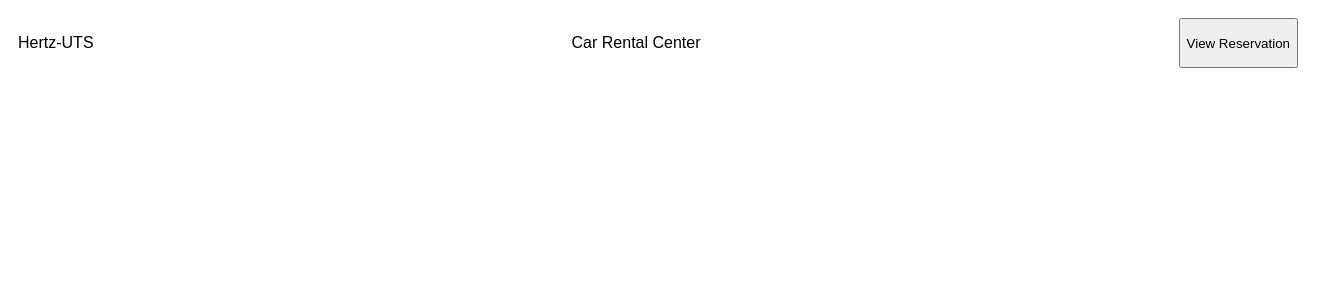
Repository: michtnt/POI-Hertz
Page: index.html
The author's editor kept a record of every edit. The page is drawn from the files as they stood at one moment, then again after the next edit.
The browser window is 1280 px wide. The page is 1308 px wide, then 1328 px, so the pictures cover 1328 px, including what lies to the right of the window. The pictures show the whole page.

Above is the page before.

### index.html
<!DOCTYPE html>
<html>
    <head></head>
    <link rel="stylesheet" href="index.css">
    <script src="https://code.jquery.com/jquery-3.6.0.min.js" type="text/javascript"></script>
    <script type="text/javascript">
        let cars_arr = []
        let shopping_cart = []
        // use AJAX?
        // TOCHANGE
        $(document).ready(function(){
            $.getJSON("cars.json", function(result){
                cars_arr = result;
                console.log("cars array", cars_arr)
              $.each(result, function(i, field){
                  console.log(`field ${i}`, field)
                  let carComponent =
                  `
                   <div class="card card-1">
                    <div class="car-img-container"><img style="width:300px;height:300px;" src=${field.img} alt="${field.brand} ${field.model}"></div>
                    <h1>${field.brand}-${field.model}-${field.model_year}</h1>
                    <p><b>mileage: </b>${field.mileage}</p>
                    <p><b>fuel type: </b>${field.fuel_type}</p>
                    <p><b>seats: </b>${field.seats}</p>
                    <p><b>price/day: </b>${field.price_per_day}</p>
                    <p><b>availability: </b>${field.availability}</p>
                    <br />
                    <p><b>description: </b>${field.description}</p>
                    <br /><br />
                    <button onClick="addCart(${field.id})">Add to cart</button>
                   </div>
                  `
                  $(".main").append(carComponent);
              });
            });
        });

        function addCart(id){
            // use AJAX to check?
            // TOCHANGE
            if(id){
                let car = cars_arr.find(car => car.id == id)
                shopping_cart.push(car)
                console.log("shopping_cart", shopping_cart)
                alert(`${car.brand} ${car.model} Added to cart successfully`)
                return true
            }
            alert("Sorry (Brand) (Model) is not available now. Please rent other cars")
            return false
        }

    </script>
    <body>
        <!--Header-->
        <div class="header">
            <p>Hertz-UTS</p>
            <p>Car Rental Center</p>
            <button>View Reservation</button>
        </div>
        <!--Car list-->
        <div class="main"></div>
    </body>
</html>

### index.css
/*global*/
p, h1 {
    font-family: "arial"
}

/*class*/
/*margin: top right bottom left*/
.header{
    display: inline-flex;
    justify-content: space-between;
    margin: 10px 10px 10px 10px;
    flex-grow: 1;
    width: 100vw;
    height: 50px;
    color: "black";
}

.main{
    display: flex;
    /*justify-content: space-around;*/
    flex-wrap: wrap;
    margin: 10px 10px 10px 10px;
    width: 100vw;
    color: "black";
}

/*https://codepen.io/sdthornton/pen/wBZdXq*/
.card{
  background: #fff;
  border-radius: 2px;
  display: inline-block;
  /*height: 300px;*/
  /*margin: 1rem;*/
  margin: 10px 10px 10px 10px;
  padding: 10px 10px 10px 10px;
  /*position: relative;*/
  width: 300px;
}

.card-1 {
  box-shadow: 0 1px 3px rgba(0,0,0,0.12), 0 1px 2px rgba(0,0,0,0.24);
  transition: all 0.3s cubic-bezier(.25,.8,.25,1);
}

.card-1:hover {
  box-shadow: 0 14px 28px rgba(0,0,0,0.25), 0 10px 10px rgba(0,0,0,0.22);
}

### cars.json
[{
		"id": "1",
		"category": "sedan",
		"availability": "Y",
		"brand": "Toyota",
		"model": "Camry",
		"model_year": "2013",
		"mileage": "10000",
		"fuel_type": "petrol",
		"seats": "5",
		"price_per_day": "120",
		"description": "first car"
	},
	{
		"id": "2",
		"category": "sedan",
		"availability": "Y",
		"brand": "Toyota",
		"model": "Camry",
		"model_year": "2013",
		"mileage": "10000",
		"fuel_type": "petrol",
		"seats": "5",
		"price_per_day": "120",
		"description": "second car"
	},
	{
		"id": "2",
		"category": "sedan",
		"availability": "Y",
		"brand": "Toyota",
		"model": "Camry",
		"model_year": "2013",
		"mileage": "10000",
		"fuel_type": "petrol",
		"seats": "5",
		"price_per_day": "120",
		"description": "second car"
	}
]
]

After the next edit:
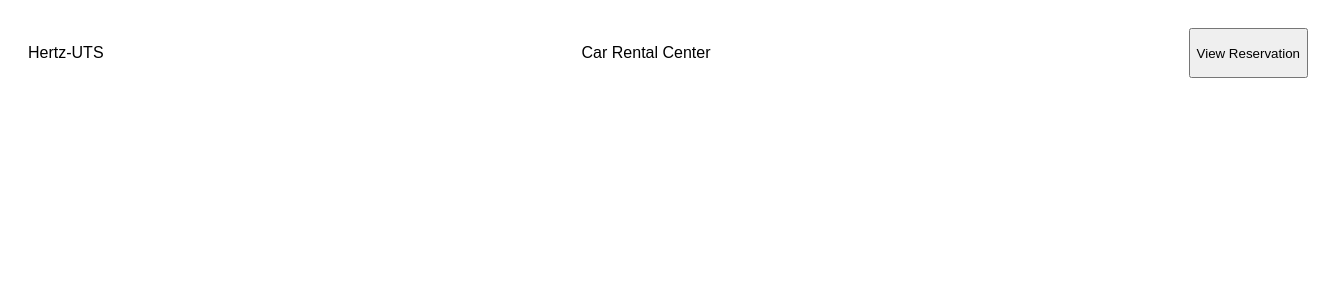
The edit:
--- a/index.css
+++ b/index.css
@@ -8,7 +8,7 @@
 .header{
     display: inline-flex;
     justify-content: space-between;
-    margin: 10px 10px 10px 10px;
+    margin: 20px 20px 20px 20px;
     flex-grow: 1;
     width: 100vw;
     height: 50px;
